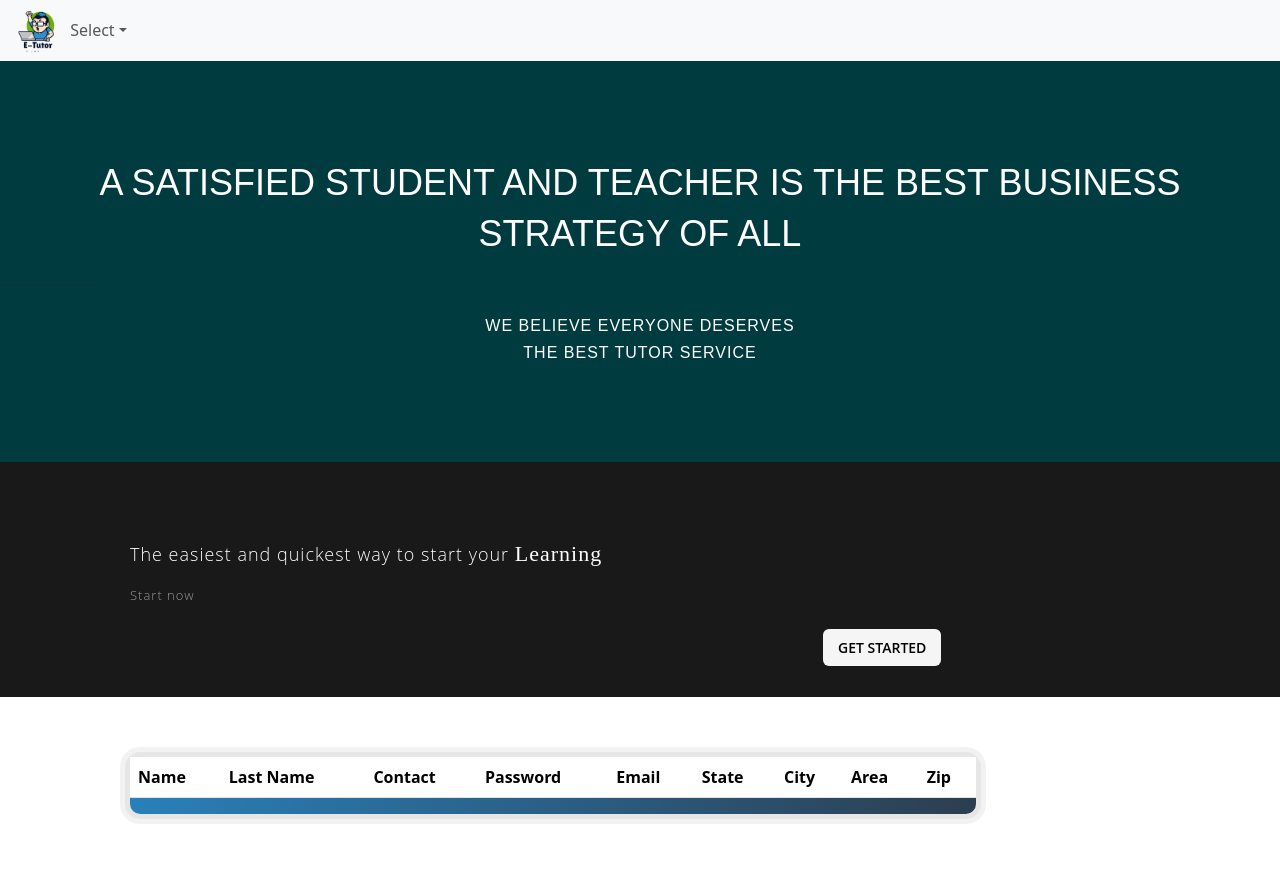
Repository: shailesh89-art/E-tutor-springboot-hibernate
Page: http://localhost/TUTOR_INVENTOR_1/pages/parent_Admin_edit.jsp
These files come from the project's save history. The page is drawn as it stood at one moment and after the next save; the edit follows.
The browser window is 1280 px wide. The pictures show the whole page.
Some web libraries are served in a nearby version. The page is served by Tomcat 9. The template is opened directly, without the code that normally fills it, so the values that code supplies are empty.

Above is the page before, as saved 2023-05-03 14:16:06.

After the next save:
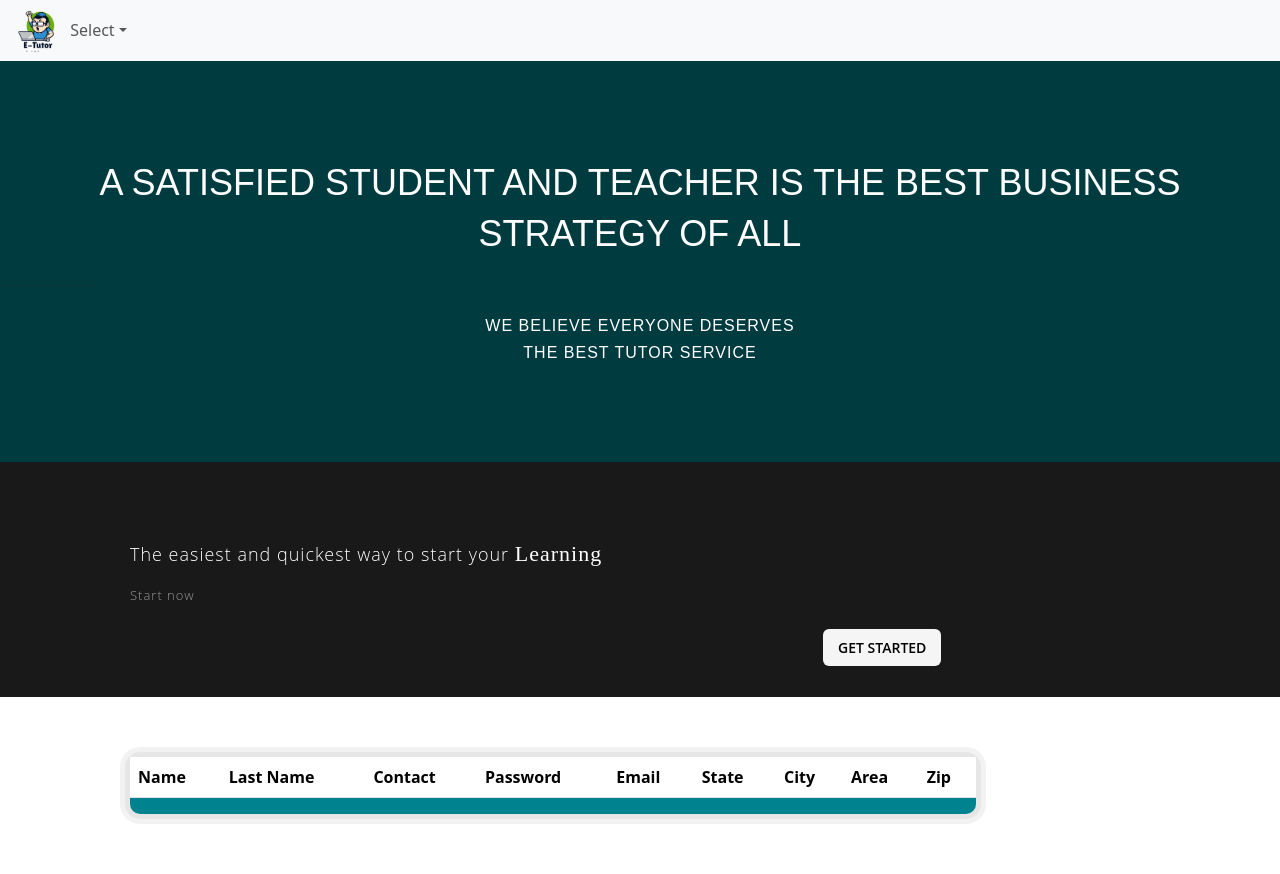
Saved 48 s later.
--- a/TUTOR_INVENTOR_1/src/main/webapp/pages/parent_Admin_edit.jsp
+++ b/TUTOR_INVENTOR_1/src/main/webapp/pages/parent_Admin_edit.jsp
@@ -206,7 +206,7 @@
 
  .demo{ font-family: 'Noto Sans', sans-serif; }
 .panel{
-    background: linear-gradient(to right, #2980b9, #2c3e50);
+    background: #00838F;
     padding: 0;
     border-radius: 10px;
     border: none;
